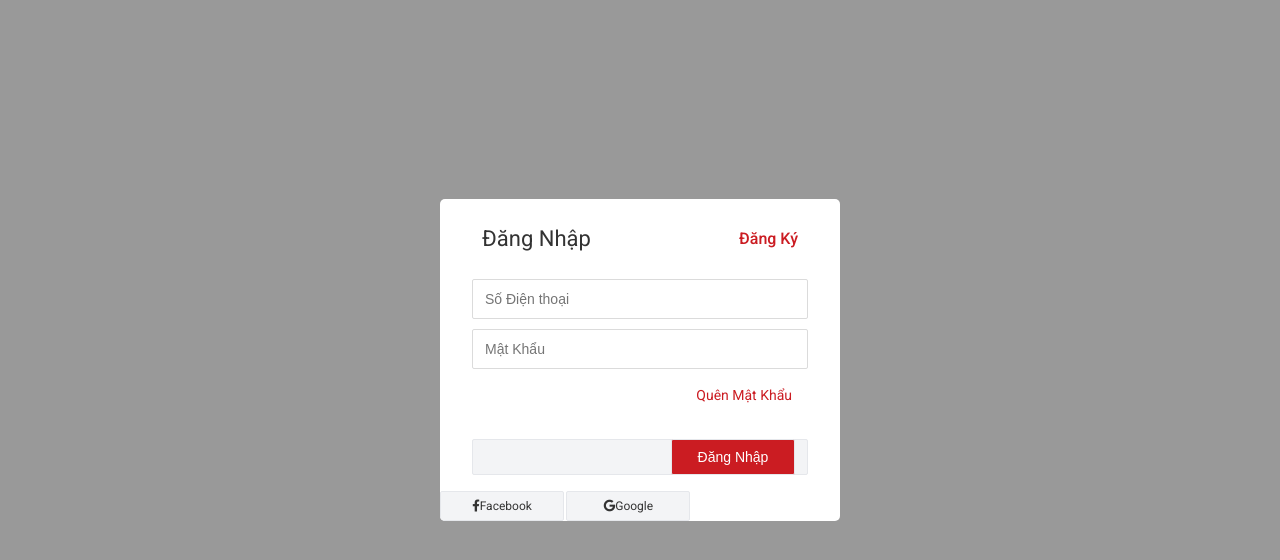
Repository: hoangnam-dev/NLCS
Page: http://localhost/Home/Login.php
The author's editor kept a copy of each file at every save. The page is drawn from the files as they stood at one save, then again after the next save.
The browser window is 1280 px wide. The pictures show the whole page.
The page is run by PHP 8.4 with error messages shown; the project is at /var/www/html/.

Above is the page before, as saved 2021-10-24 07:58:04.

After the next save:
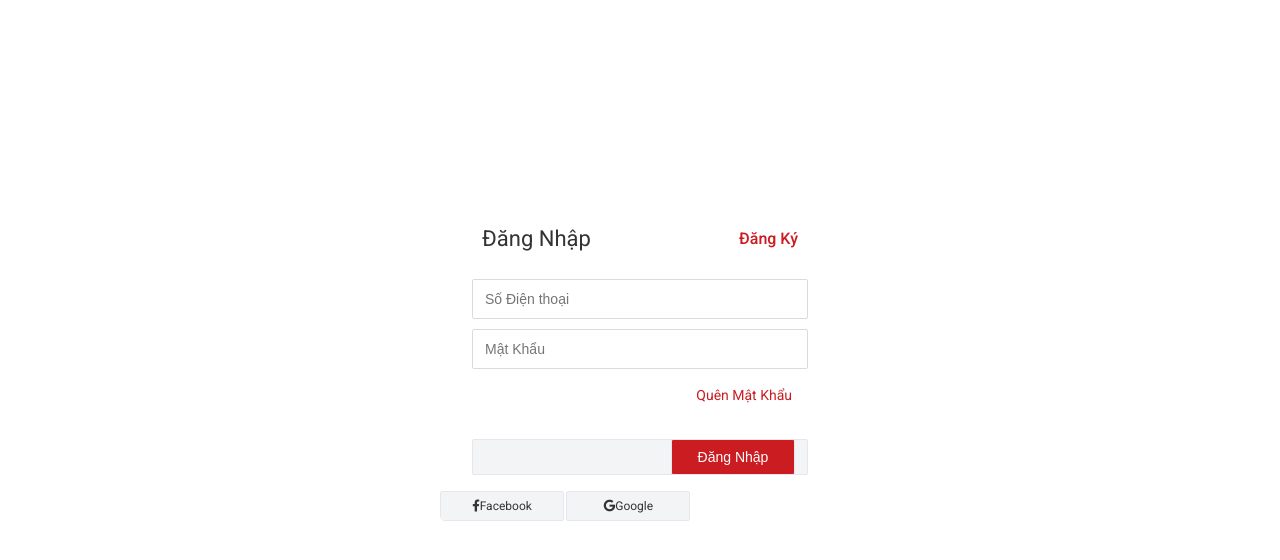
Saved 15 s later.
--- a/Home/Login.php
+++ b/Home/Login.php
@@ -27,7 +27,7 @@ include("./connection.php");
 <body>
   <!-- Modal Layout -->
   <div class="modal" style="display: flex;">
-    <div class="modal_overlay"></div>
+    <!-- <div class="modal_overlay"></div> -->
     <div class="modal_body">
       <div class="form-general">
         <form id="form-login" class="form" method="POST" role="form">
